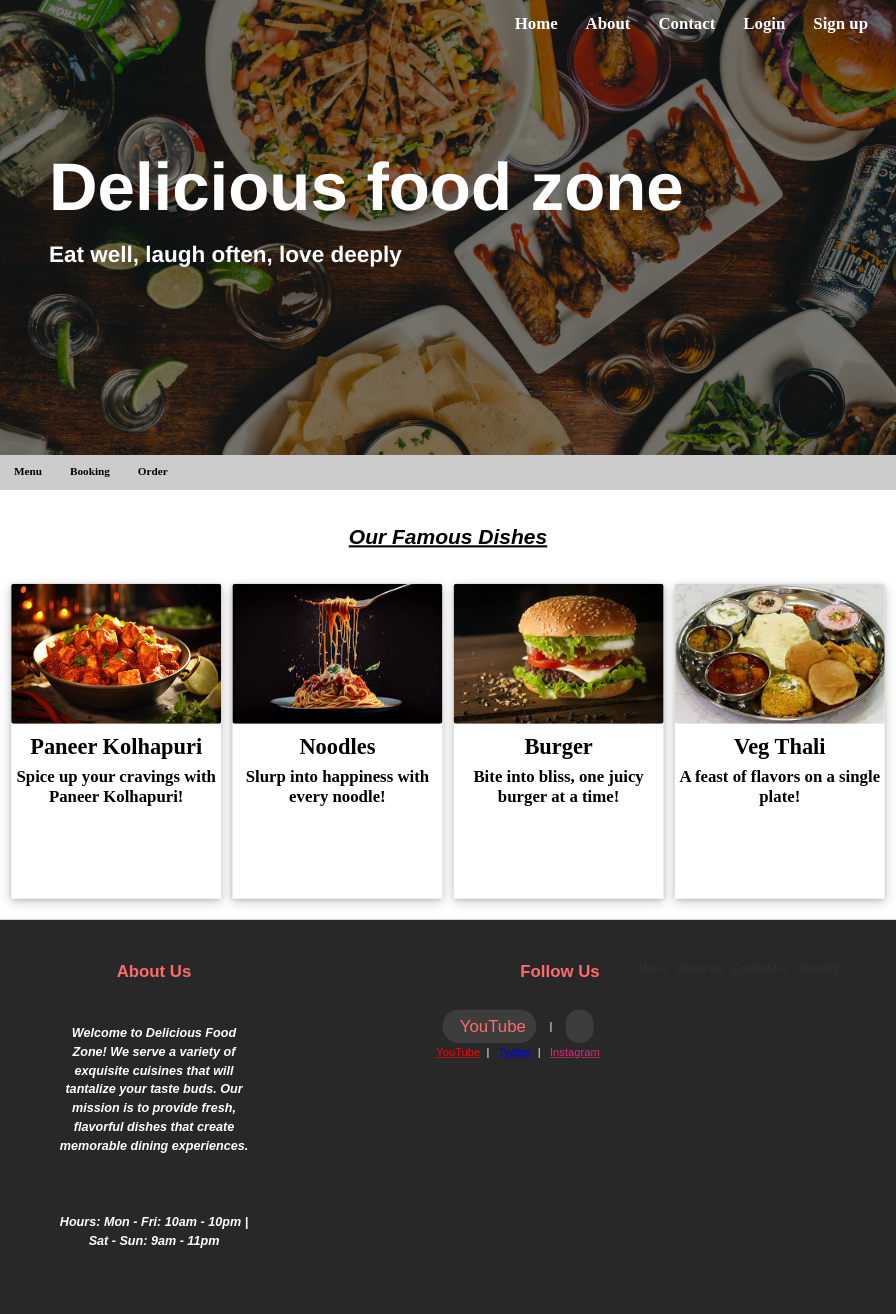
Repository: Shreya-Bonde/Restaurant-management-system
Page: index.html
The author's editor kept a copy of each file at every save. The page is drawn from the files as they stood at one save, then again after the next save.
The browser window is 1280 px wide. The pictures show the whole page, at 70% of full size.

Above is the page before, as saved 2024-10-17 17:30:52.

### index.html
<!DOCTYPE html>
<html lang="en">
<head>
    <meta charset="UTF-8">
    <meta name="viewport" content="width=device-width, initial-scale=1.0">
    <title>Document</title>
    <link rel="stylesheet" href="style.css">
</head>
<body>
    <header>
        <div class="banner-container">
                <nav class="navbar">
                    <ul>
                        <li><a href="#home">Home</a></li>
                        <li><a href="/about.html">About</a></li>
                        <li><a href="/contact.html">Contact</a></li>
                        <li><a href="/login.html">Login</a></li>
                        <li><a href="#">Sign up</a></li>
                    </ul>
                </nav>
                <div class="centered-text">
                    <h1>Delicious food zone</h1>
                    <h6>Eat well, laugh often, love deeply</h6>
                </div>
         </div>
         <div class="nav-bar">
            <nav>
                <a class="menu-btn" href="#">Menu</a>
                <a class="menu-btn" href="#">Booking</a>
                <a class="menu-btn" href="#">Order</a>
            </nav>
         </div>
    </header>
        <p>Our Famous Dishes</p>
        <div class="Flex">
            <div class="flex-item fitem1">
                <img src="paneer kolhapuri.jpg" alt="">
                <h1>Paneer Kolhapuri</h1>
                <h2>Spice up your cravings with Paneer Kolhapuri!</h2>
            </div>
            <div class="flex-item fitem2">
                <img src="noodles1.jpg" alt="">
                <h1>Noodles</h1>
                <h2>Slurp into happiness with every noodle!</h2>
            </div>
            <div class="flex-item fitem3">
                <img src="burger.jpg" alt="">
                <h1>Burger</h1>
                <h2>Bite into bliss, one juicy burger at a time!</h2>
            </div>
            <div class="flex-item fitem4">
                <img src="veg thali.jpg" alt="">
                <h1>Veg Thali</h1>
                <h2>A feast of flavors on a single plate!</h2>
            </div>
        </div>


    <footer class="footer">
        <div class="footer-container">
            <div class="footer-about">
                <h2>About Us</h2>
                <p>
                    Welcome to Delicious Food Zone! We serve a variety of exquisite cuisines that will tantalize your taste buds. Our mission is to provide fresh, flavorful dishes that create memorable dining experiences.
                </p>
                <p>Hours: Mon - Fri: 10am - 10pm | Sat - Sun: 9am - 11pm</p>
            </div>



            <div class="footer-social">
                <h2>Follow Us</h2>
                <div class="social-icons">
                    <a href="https://www.facebook.com/yourrestaurant" target="_blank" aria-label="Facebook" class="yt_handle"
                     rel="noopener noreferrer"> <i class="fa fa-youtube fa-lg yt_handle"></i>YouTube</a>&nbsp;&nbsp;|&nbsp;&nbsp;

                    <a href="https://www.tripadvisor.com/Restaurant_Review-g1234567-d12345678-Your_Restaurant_Name" target="_blank" aria-label="TripAdvisor"><i class="fab fa-tripadvisor"></i></a>
                </div>

                <div class="sm-handle">
                    <a href="http://www.youtube.com/amandhattarwal" target="_blank" class="yt_handle"
                     rel="noopener noreferrer"> <i class="fa fa-youtube fa-lg yt_handle"></i>YouTube</a>&nbsp;&nbsp;|&nbsp;&nbsp;
                <a href="http://www.linkedin.com/in/dhatterwalaman" target="_blank" class="linkedin_handle"
                rel="noopener noreferrer"> <i class="fa fa-linkedin fa-lg linkedin_handle"></i>Twitter</a>&nbsp;&nbsp;|&nbsp;&nbsp;
                <a href="http://www.instagram.com/dhattarwalaman" target="_blank" class="insta_handle"
                 rel="noopener noreferrer"> <i class="fa fa-instagram fa-lg insta_handle"></i>Instagram</a>

                </div>
            </div>

            <div class="footer-links">
                <a href="menu.html">Menu</a>
                 <a href="about.html">About Us</a>
                 <a href="contact.html">Contact Us</a>
                 <a href="reservations.html">Booking</a>
            </div>
        </div>


        <!-- <div class="footer-bottom">
            <p>&copy; 2024 Delicious Food Zone. All rights reserved.</p>
        </div> -->
    </footer>

</body>
</html>

### style.css
* {
    box-sizing: border-box;
    margin: 0;
    padding: 0;
}
.banner-container {
    background-image: url(background1.jpg);
    background-repeat: no-repeat;
    background-size: cover;
    position: relative;
    width: 100%;
    height: 650px;
}
.navbar {
    position: absolute;
    top: 0;
    right: 0;
    padding: 20px;
}
.centered-text {
    position: absolute;
    top: 30%;
    left: 70px;
    color: white;
    line-height: 1.5;
    font-weight: bold;
    font-size: 3rem;
    font-family: 'Franklin Gothic Medium', 'Arial Narrow', Arial, sans-serif;
}
h6 {
    justify-content: center;
    margin-bottom: 20px;
}
nav ul {
    list-style-type: none;
    margin: 0;
    padding: 0;
    display: flex;
    justify-content: right;
    font-size: 1.5rem;
}
nav ul li {
    margin: 0 20px;
}
nav ul li a {
    color: white;
    text-decoration: none;
    font-weight: bold;
}
nav ul li a:hover {
    text-decoration: underline;
}
.nav-bar {
    display: flex;
    background-color: #ccc;
    height: 50px;
    background-attachment: fixed;
}
.menu-btn {
    display: block;
    float: left;
    color: black;
    text-align: center;
    text-decoration: none;
    padding: 15px 20px;
    position: sticky;
    font-weight: bold;
}
.menu-btn:hover {
    background-color: #ddd;
    color: black;
}
.Flex {
    width: 100%;
    display: flex;
    flex-wrap: wrap;
    box-sizing: gray;
    align-items: center;
    justify-content: space-evenly;
}
.flex-item {
    box-shadow: 0 2px 6px 0 rgba(0,0,0,0.2), 0 4px 16px 0 rgba(0,0,0,0.2);
    margin: 0;
    padding: 0;
}
.flex-item img {
 width: 100%;
 object-fit: fill;
}
.flex-item {
    margin-top: 20px;
    margin-bottom: 30px;
    display: inline-block;
    background-color: white;
    width: 300px;
    height: 450px;
    text-align: center;
}
.flex-item:hover {
    transform: scale(1.05);
}
img {
    width: 100%;
    height: 200px;
    object-fit: fill;
    border-radius: 4px;
}
p {
    text-align: center;
    font-size: 30px;
    font-weight: bold;
    font-style: oblique;
    font-family: Arial, Helvetica, sans-serif;
    padding: 50px 20px 30px;
    text-decoration: underline;
}
.flex-item h2 {
    line-height: 1.2;
}
.flex-item h1 {
    padding-top: 10px;
    padding-bottom: 10px;
}

footer {
    background-color: #282828;
    color: #fff;
    padding: 40px 20px;
    text-align: center;
    font-family: 'Arial', sans-serif;
}

.footer-container {
    display: flex;
    justify-content: space-between;
    flex-wrap: wrap;
    max-width: 1200px;
    margin: 0 auto;
    padding: 20px;
}

.footer-about,
.footer-links,
.footer-social {
    flex: 1;
    min-width: 250px;
}

.footer-about h2,
.footer-links h2,
.footer-social h2 {
    color: #ff6b6b;
    margin-bottom: 10px;
}

.footer-about p {
    text-decoration: none;
    line-height: 1.5;
    font-size: 18px;
    margin: 1px 0;
}


/* .footer-links a {
    display: inline-block;
    float: right;
    color: white;
    text-align: center;
    text-decoration: none;
    padding: 15px 20px;
    position: sticky;
    color: #ff6b6b;
    text-decoration: none;
    transition: color 0.3s ease;
}

.footer-links a:hover {
    color: #fff;
} */
.footer-links {
    margin-top: 0px; /* Add some space above the links */
}

.footer-links a {
    display: inline-block;
    margin-right: 10px; /* Spacing between the links */
    text-decoration: none;
    color: #333; /* You can change the color if needed */
}

.footer-links a:hover {
    color: #007BFF; /* Hover effect on links */
}
.footer-social {
    margin-left: 200px; /* Adjust this value to shift further or less */
}
.footer-social .social-icons {
    display: flex;
    justify-content: center;
    margin-top: 10px;
}
.footer-social h2 {
    margin-bottom: 35px;
    margin-left: 120px; /* Adjust this value to control the shift */
}
.footer-social .social-icons a {
    color: #ff6b6b;
    margin-left: 10px;
    font-size: 24px;
    transition: color 0.3s ease;
}

.footer-social .social-icons a:hover {
    color: #fff;
}
.social-icons {
    display: flex;          /* Use flexbox to align items horizontally */
    flex-wrap: nowrap;      /* Prevent items from wrapping to the next line */
    justify-content: space-between; /* Add space between items */
    align-items: center;    /* Center them vertically */
    margin-top: 10px;       /* Add some space above the sm-handle */
}
.social-icons a {
    background-color: rgb(125 125 125 / 25%);
    padding: 10px 15px;
    border-radius: 30px;
    margin: 5px 10px;
    text-decoration: none;
    font-size: 1.25em;
}

.social-icons a:hover {
    background-color: rgb(30 30 30 / 25%);
}

.social-icons a i {
    margin: 5px;
}
.yt_handle {
    color: #FF0000;
}

.Twitter_handle {
    color: #0e76a8;
}

.insta_handle {
    color: #dd2a7b;
}

.footer-bottom {
    margin-top: 20px;
    font-size: 10px;
    color: #ccc;
}

After the next save:
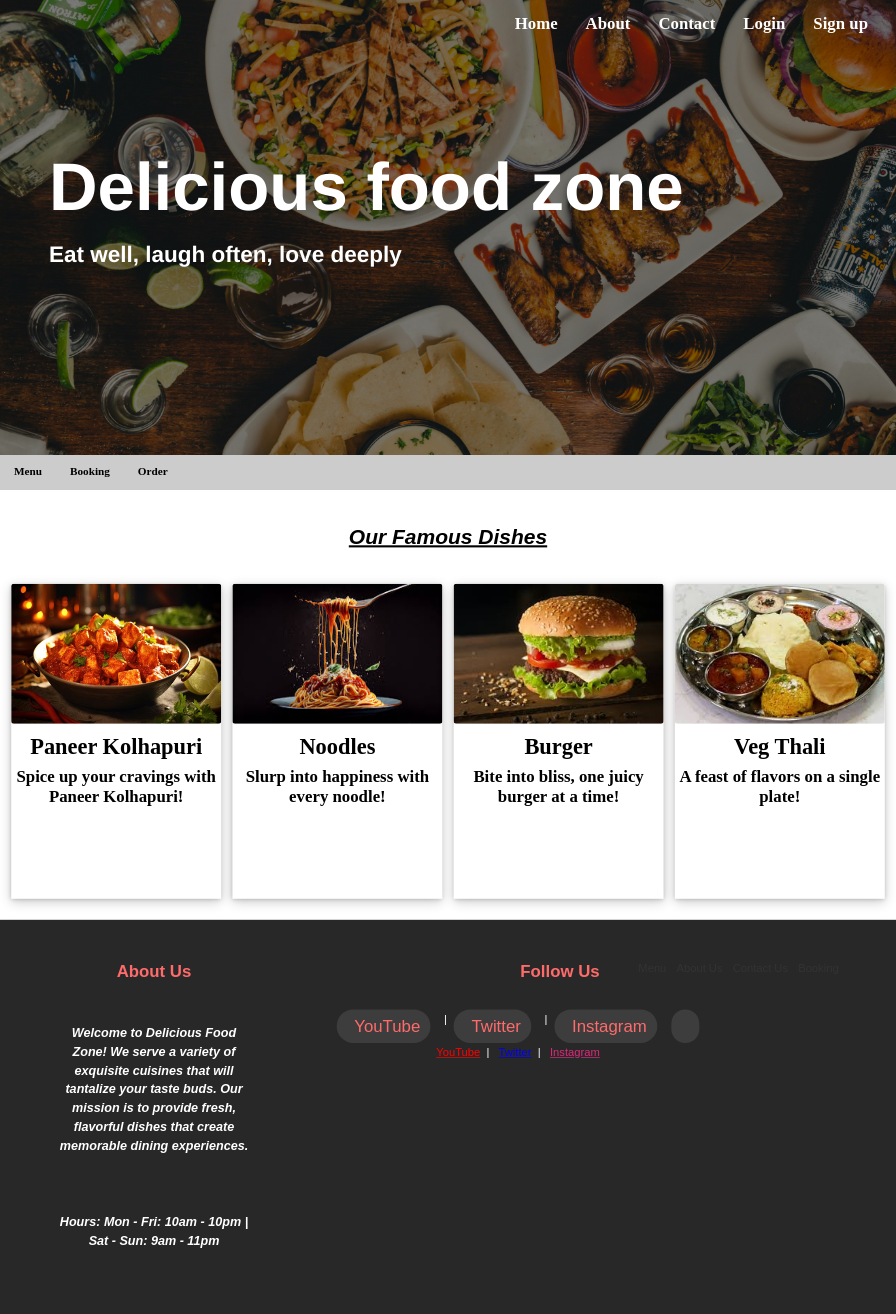
Saved 10 s later.
--- a/index.html
+++ b/index.html
@@ -73,7 +73,10 @@
                 <div class="social-icons">
                     <a href="https://www.facebook.com/yourrestaurant" target="_blank" aria-label="Facebook" class="yt_handle"
                      rel="noopener noreferrer"> <i class="fa fa-youtube fa-lg yt_handle"></i>YouTube</a>&nbsp;&nbsp;|&nbsp;&nbsp;
-
+                     <a href="http://www.linkedin.com/in/dhatterwalaman" target="_blank" class="linkedin_handle"
+                     rel="noopener noreferrer"> <i class="fa fa-linkedin fa-lg linkedin_handle"></i>Twitter</a>&nbsp;&nbsp;|&nbsp;&nbsp;
+                     <a href="http://www.instagram.com/dhattarwalaman" target="_blank" class="insta_handle"
+                      rel="noopener noreferrer"> <i class="fa fa-instagram fa-lg insta_handle"></i>Instagram</a>
                     <a href="https://www.tripadvisor.com/Restaurant_Review-g1234567-d12345678-Your_Restaurant_Name" target="_blank" aria-label="TripAdvisor"><i class="fab fa-tripadvisor"></i></a>
                 </div>
 
